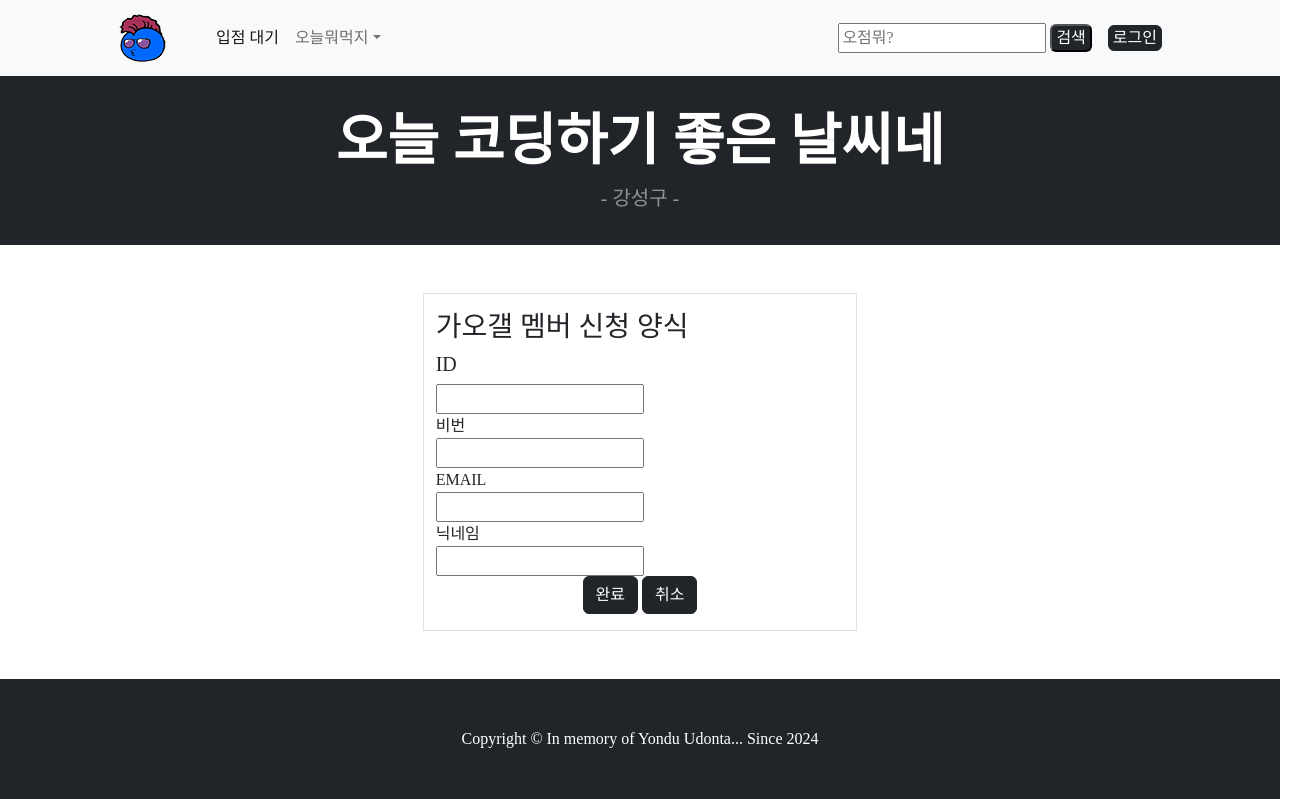
Repository: ashwan94/ydzone
Page: http://localhost/YonduZone/signUp
An editor plug-in stored every save of this project. The page is shown before and after a run of saves, followed by the edit.
The browser window is 1280 px wide. The page is 1292 px wide, so the pictures cover 1292 px, including what lies to the right of the window. The pictures show the whole page.
Some web fonts or font styles are not loaded; a fallback is used. The page is served by Tomcat 9.

Above is the page before, as saved 2024-05-01 11:41:54.

After the next 2 saves:
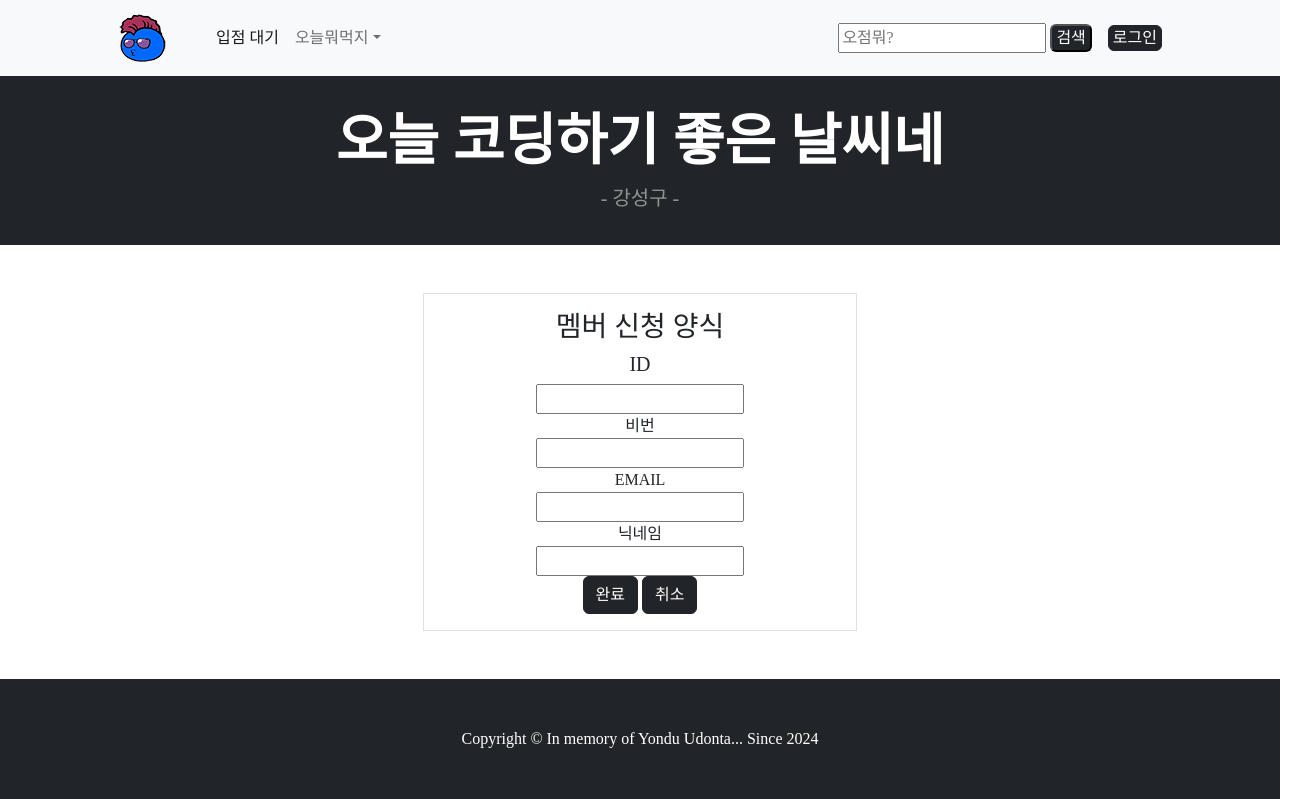
The 2 saves are shown as one change because they came seconds apart.
The last was saved 7 s later.
--- a/YonduZone/src/main/webapp/WEB-INF/views/common/signUp.jsp
+++ b/YonduZone/src/main/webapp/WEB-INF/views/common/signUp.jsp
@@ -8,9 +8,9 @@
 
 <div class="row my-5">
 	<div class="col-4"></div>
-	<div class="col-4 border py-3">
+	<div class="col-4 border py-3 text-center">
 		<form action="/signUp" method="post" id="signUpForm">
-		<h3>가오갤 멤버 신청 양식</h3>
+		<h3>멤버 신청 양식</h3>
 		<label>
 			<h5>ID</h5>
 			<input type="text" name="id">
